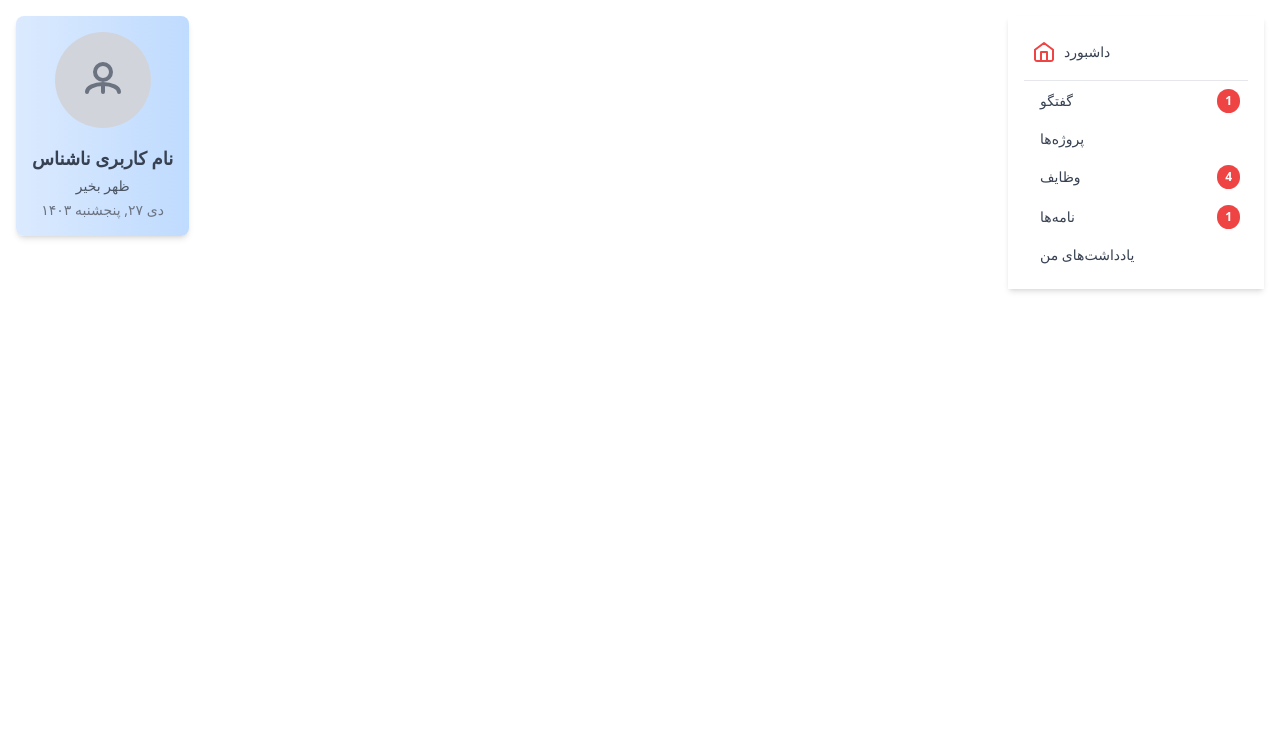
Repository: spnovaa/work-hive
Page: / (app in front_end/)
The author's editor kept a copy of each file at every save. The page is drawn from the files as they stood at one save, then again after the next save.
The browser window is 1280 px wide. The pictures show the whole page.
The page's requests for data from a server got no answer. The project was rebuilt for these pictures with package versions that can differ from the ones it lists, and the page was loaded fresh each time. No one was signed in, and anything a server would have sent is missing. Also part of the build but not shown: front_end/src/api/auth.js, front_end/src/components/loadingSpinner.jsx, front_end/src/pages/login.jsx, front_end/src/pages/registration.jsx, front_end/src/components/profile/dropdown.jsx, front_end/src/components/project/projectCardComponent.jsx, front_end/src/components/project/projectDashboard.jsx, front_end/src/components/project/projectDetails.jsx and 3 more.

Above is the page before, as saved 2025-01-16 23:33:25.

After the next save:
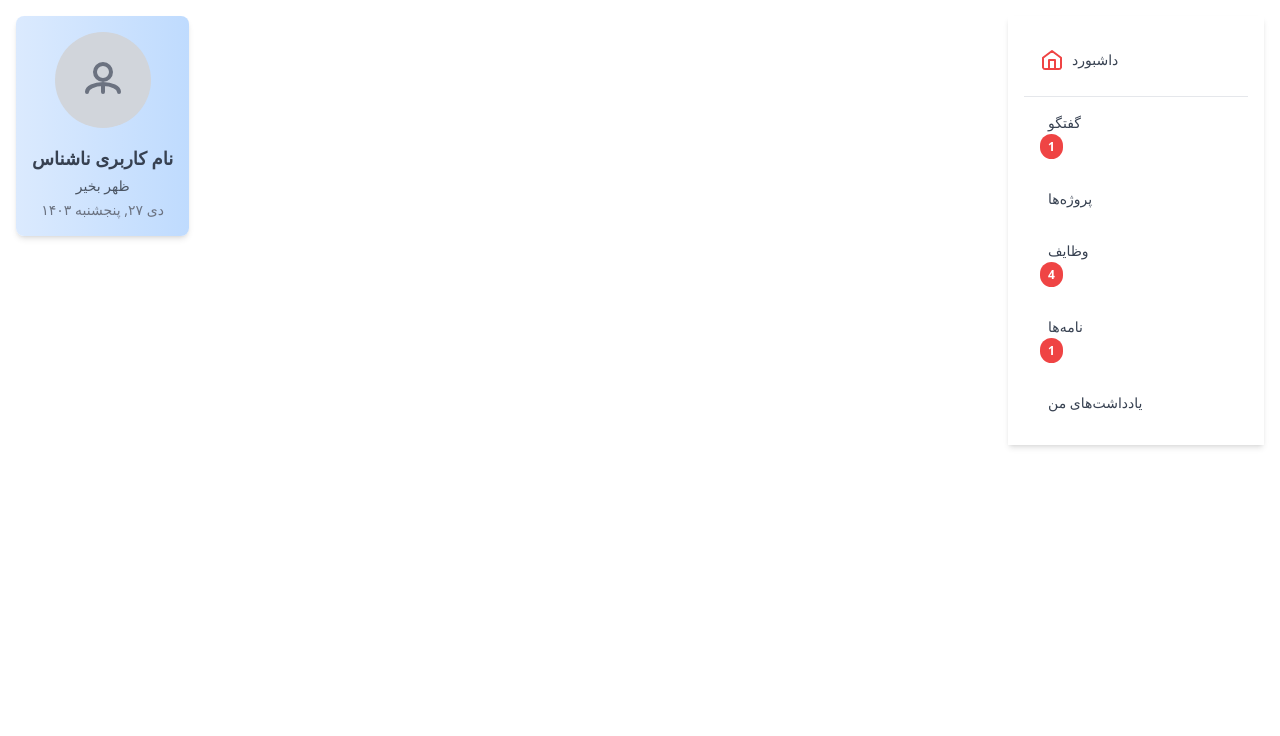
Saved 2 min 39 s later.
--- a/front_end/src/components/dashboardSidebar.jsx
+++ b/front_end/src/components/dashboardSidebar.jsx
@@ -4,7 +4,7 @@ import { useNavigate } from 'react-router-dom';
 function SidebarItem({ icon, label, notificationCount, onClick }) {
     return (
         <div
-            className="flex items-center justify-between p-2 hover:bg-gray-100 rounded-md cursor-pointer"
+            className="className=flex items-center justify-end flex-row-reverse p-4 cursor-pointer hover:bg-gray-100"
             onClick={onClick}
         >
             <div className="flex items-center">
